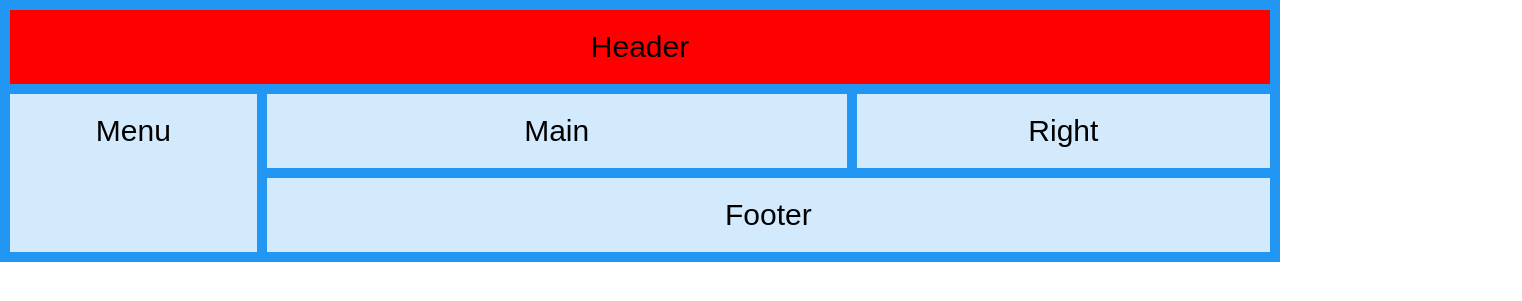
Repository: Khizanag/stinking-cucumbers
Page: html/index.html
An editor plug-in stored every save of this project. The page is shown before and after the next save, followed by the edit.
The browser window is 1280 px wide. The page is 1280 px wide, then 1522 px, then 1280 px, so the pictures cover 1522 px, including what lies to the right of the window. The pictures show the whole page.
The pointer rests on the first visible `.grid-container>div`.
Some web libraries are served in a nearby version.

Above is the page before, as saved 2020-10-16 23:46:49.

After the next save:
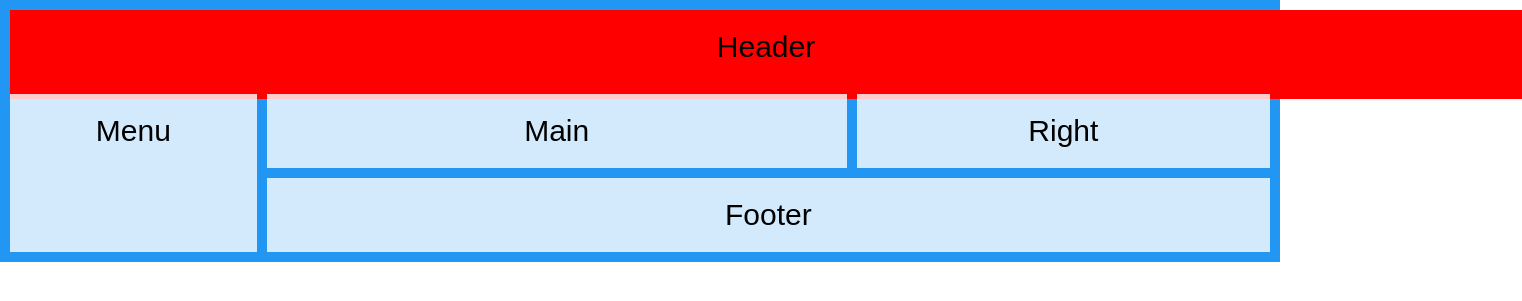
Saved 30 s later.
--- a/css/default-page.css
+++ b/css/default-page.css
@@ -45,5 +45,7 @@
 }
 
 .grid-container>div:hover {
+    width: 120%;
+    height: 120%;
     background-color: red;
 }

After the save that followed:
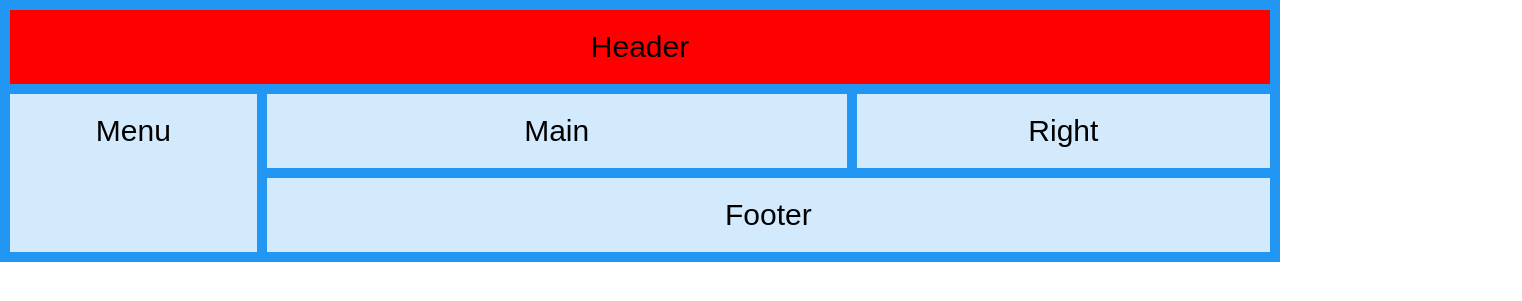
Saved 18 s later.
--- a/css/default-page.css
+++ b/css/default-page.css
@@ -45,7 +45,5 @@
 }
 
 .grid-container>div:hover {
-    width: 120%;
-    height: 120%;
     background-color: red;
 }
